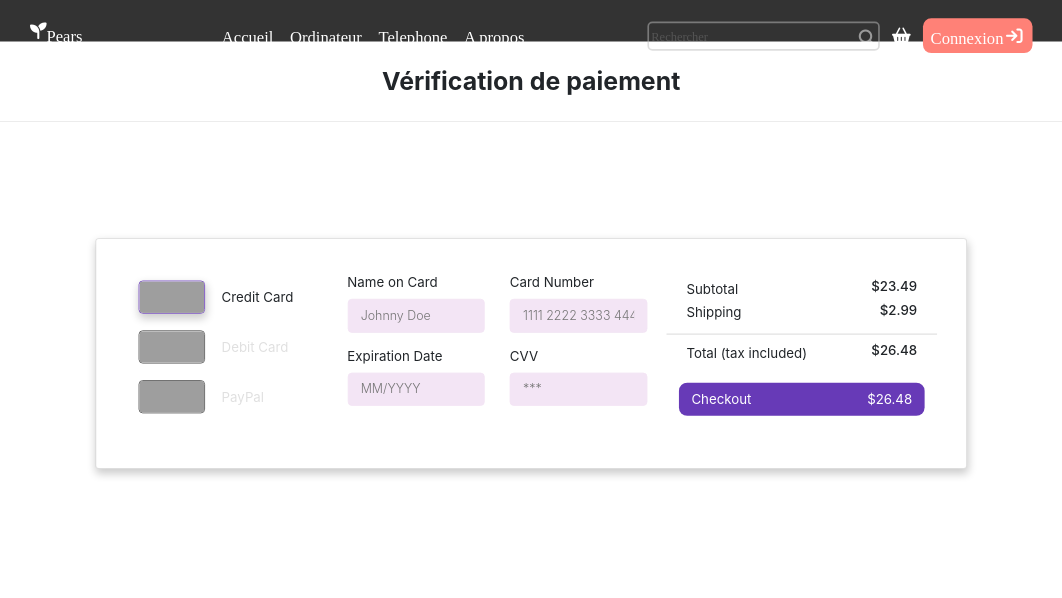
Repository: Kakouuu/PPE1-iPear
Page: http://localhost/Stage/verifpaiement.php
An editor plug-in stored every save of this project. The page is shown before and after a run of saves, followed by the edit.
The browser window is 1280 px wide. The pictures show the whole page, at 83% of full size.
Pictures or frames that could not be fetched are drawn as grey boxes. Some web libraries are served in a nearby version. The page is run by PHP 8.4 with error messages shown; the project is at /var/www/html/.

Above is the page before, as saved 2023-04-28 15:15:23.

### verifpaiement.php
<!DOCTYPE html>
<html lang="en">

<?php
    session_start();
    include "nav.php";
    ?>


<head>
    <meta charset="UTF-8">
    <title>Checkout</title>
    <link rel="stylesheet" href="css/verifpaiement.css">
    <link rel="stylesheet" href="https://stackpath.bootstrapcdn.com/bootstrap/4.3.1/css/bootstrap.min.css">

    <link rel="stylesheet" href="https://cdnjs.cloudflare.com/ajax/libs/font-awesome/5.10.0-11/css/all.min.css">
    <script rel="stylesheet" href="https://cdnjs.cloudflare.com/ajax/libs/jquery/3.2.1/jquery.min.js"></script>
    <script src="js/store.js"></script>
</head>

<body>



    <h3 class="title">Vérification de paiement</h3>
    <hr>

    <div class="row justify-content-center" style="margin:100px">
        <div class="col-lg-12">
            <div class="card">
                <div class="row">
                    <div class="col-lg-3 radio-group">
                        <div class="row d-flex px-3 radio"> <img class="pay" src="https://i.imgur.com/WIAP9Ku.jpg">
                            <p class="my-auto">Credit Card</p>
                        </div>
                        <div class="row d-flex px-3 radio gray"> <img class="pay" src="https://i.imgur.com/OdxcctP.jpg">
                            <p class="my-auto">Debit Card</p>
                        </div>
                        <div class="row d-flex px-3 radio gray mb-3"> <img class="pay" src="https://i.imgur.com/cMk1MtK.jpg">
                            <p class="my-auto">PayPal</p>
                        </div>
                    </div>
                    <div class="col-lg-5">
                        <div class="row px-2">
                            <div class="form-group col-md-6"> <label class="form-control-label">Name on Card</label> <input type="text" id="cname" name="cname" placeholder="Johnny Doe"> </div>
                            <div class="form-group col-md-6"> <label class="form-control-label">Card Number</label> <input type="text" id="cnum" name="cnum" placeholder="1111 2222 3333 4444"> </div>
                        </div>
                        <div class="row px-2">
                            <div class="form-group col-md-6"> <label class="form-control-label">Expiration Date</label> <input type="text" id="exp" name="exp" placeholder="MM/YYYY"> </div>
                            <div class="form-group col-md-6"> <label class="form-control-label">CVV</label> <input type="text" id="cvv" name="cvv" placeholder="***"> </div>
                        </div>
                    </div>
                    <div class="col-lg-4 mt-2">
                        <div class="row d-flex justify-content-between px-4">
                            <p class="mb-1 text-left">Subtotal</p>
                            <h6 class="mb-1 text-right">$23.49</h6>
                        </div>
                        <div class="row d-flex justify-content-between px-4">
                            <p class="mb-1 text-left">Shipping</p>
                            <h6 class="mb-1 text-right">$2.99</h6>
                        </div>
                        <div class="row d-flex justify-content-between px-4" id="tax">
                            <p class="mb-1 text-left">Total (tax included)</p>
                            <h6 class="mb-1 text-right">$26.48</h6>
                        </div> <button class="btn-block btn-blue"> <span> <span id="checkout">Checkout</span> <span id="check-amt">$26.48</span> </span> </button>
                    </div>
                </div>
            </div>
        </div>
    </div>
    </div>

### nav.php
<!DOCTYPE html>
<head>
    <meta charset="UTF-8">
    <meta http-equiv="X-UA-Compatible" content="IE  =edge">
    <link rel="stylesheet" href="css/styles.css">
    <link rel="stylesheet" href="css/footer.css">

    <script src="https://kit.fontawesome.com/db2bf29261.js" crossorigin="anonymous"></script>
    <script src="https://cdnjs.cloudflare.com/ajax/libs/jquery/3.6.0/jquery.min.js"></script>
    <script src="https://ajax.googleapis.com/ajax/libs/jquery/3.6.0/jquery.min.js"></script>
    <script src="js/store.js" ></script>
</head>
<?php

require_once "db.php";

if (isset($_SESSION['ID'])) {

    $sqla = 'SELECT * FROM `utilisateurs` where `ID_user`=' . $_SESSION['ID'];
    $resulta = mysqli_query($mysqli, $sqla);

    while (($row = mysqli_fetch_array($resulta))) {

        $prenom = $row["Prenom"];
    }


?>




<div class="welcome">Bonjour <?= $prenom; ?> !</div>



<?php
}


?>



<nav class="navbar" style="height: 50px !important;">


    <div>
        <a class="logo" href="index.php"><i class="fa-solid fa-seedling"></i> Pears</a>
    </div>


    <ul class="navbar_container">
        <li><a href="index.php" class="type">Accueil</a></li>
        <li class="services"><a href="#" title="" class="type">Ordinateur</a>
            <ul class="sous-menu">
                <li><a href="pagelegume.php?id=Portable" title="" class="type_sous">PC Portable</a></li>
                <li><a href="pagelegume.php?id=PC_Fixe" title="" class="type_sous">PC Fixe</a></li>
            </ul>
        <li class="services"><a href="#" title="" class="type">Telephone</a>
            <ul class="sous-menu">
                <li><a href="pagelegume.php?id=Samsung" title="" class="type_sous">Samsung</a></li>
                <li><a href="pagelegume.php?id=Iphone" title="" class="type_sous">Iphone</a></li>
                <li><a href="pagelegume.php?id=Huawei" title="" class="type_sous">Huawei</a></li>
            </ul>
        <li><a href="index.php" class="type">A propos</a></li>
    </ul>


    <span class="cotedroit">
      <span class="search">
            <input autocomplete="off" type="search" onkeyup="manakey(event)" oninput="salut()" name="Rechercher"
                   class="searchbar_container" placeholder="Rechercher">
            <span style="cursor: pointer;" onclick='sendad()'><i class="fa-solid fa-magnifying-glass"></i></span>
        </span>


<div class="search_prod"></div>







            <a href="test.php" class="item"><i class="fa-solid fa-basket-shopping"></i></a>

            <a href="login.php" class="log" id="co">Connexion <i class="fa-solid fa-arrow-right-to-bracket"></i> </a>


            <li class="user" id="profil"><a href="#" title="" class="type"><i class="fa-solid fa-user" name="deconnecte"></i></a>
            <ul class="user_sous">
                <li><a href="profil.php" title="" class="user_container">Profil</a></li>

                <li><a class="user_container" href="suppression.php">Deconnexion</a></li>



    </span>





    <script>
        function sendad() {
            var mot = document.getElementsByName('Rechercher')[0].value;
            console.log(mot)
            window.location = 'traitement.php?Rechercher=' + mot;
        }

        function manakey(e) {
            if (e.keyCode == 13) {
                sendad();
            }
            var clientHeight = document.querySelector('.search_prod').clientHeight;
            console.log(clientHeight);

            if (clientHeight < 356) {
                document.querySelector(".plus").style.display = "none";
            }
        }

        function salut() {
            let display = document.querySelector('.search_prod').style.display = 'block';
            var mot = document.getElementsByName('Rechercher')[0].value;
            console.log(mot)

            if(mot != "" ){
                $.post("recherche.php", {mot : mot}, function(data){
                    $('.search_prod').html(data);
                });
            }else
                document.querySelector(".search_prod").style.display ="none";
        }


        function remouve(e) {
            if (e.keyCode == 8) {
                let display = document.querySelector('.search_prod').style.display = 'none';
            }
        }




    </script>



    <div class="navbar__toggle" onclick="openOrClose()" id="mobile-menu">
        <div class="tirait">
            <span class="tirait_sous"></span>
            <span class="tirait_sous"></span>
            <span class="tirait_sous"></span>
        </div>
    </div>
</nav>
<ul class="navbar_container2">
    <li class="services2"><a href="#" title="" class="type2">Ordinateur</a>
        <ul class="sous-menu2">
            <li><a href="pagelegume.php?id=Portable" title="" class="type_sous2">PC Portable</a></li>
            <li><a href="pagelegume.php?id=Portable" title="" class="type_sous2">PC Fixe</a></li>
        </ul>
    <li class="services2"><a href="#" title="" class="type2">Telephone</a>
        <ul class="sous-menu2">
            <li><a href="pagelegume.php?id=Légume Fleurs" title="" class="type_sous2">Samsung</a></li>
            <li><a href="pagelegume.php?id=Légume Fleurs" title="" class="type_sous2">Iphone</a></li>
            <li><a href="pagelegume.php?id=Légume Fleurs" title="" class="type_sous2">Huawei</a></li>
        </ul>
</ul>

<?php
if(isset($_SESSION['ID'])){
    ?>
    <script>
    document.getElementById('co').style.display = 'none';
    document.getElementById('profil').style.display = 'block';
    </script>

<?php
}





?>


<form method="post" action="suppression.php" id="form">
       <input type="hidden" id="cache" name="cache"/>
    </form>
<script src="app.js"></script>

### db.php
<?php
$mysqli = mysqli_connect('localhost', 'root', '', 'pcbdd');
mysqli_query($mysqli, "SET NAMES utf8");
?>

### css/footer.css
/* Footer section */

.push{
    height: 800px;
}

.pdp {
    display: inline-block;
    bottom: 0;
    width: 100%;
    background-color: #333333;
}


.pdp_info {
    background-color: #333333;
    display: flex;
    height: 390px;
    justify-content: center;
}

.fa-facebook, .fa-twitter, .fa-linkedin, .fa-instagram {
    color: white;
    opacity: 0.6;
    padding-left: 10px;
    padding-right: 10px;
    margin-top: 3px;
    justify-content: center;
    font-size: 1.1rem;
}

.fa-facebook {
    padding-left: 45%;
}
.fa-envelope{
    padding: 7px;
    text-align: center;
    color: black;

}

a:link {
    text-decoration: none;
}

.item2 {
    display: block;
    margin: 5px;
    text-decoration: none;
    list-style: none;
    color: white;
    padding: 5px;

}

.item1 {
    display: block;
    margin: 5px;
    text-decoration: none;
    list-style: none;
    color: white;
    padding: 5px;

}


.mention {
    background-color: #272727;
    color: white;
    opacity: 0.5;
}

@media screen and (max-width: 909px){
    .item2{
        display: block;
        font-size: 1.1rem;
        text-align: center;
    }
}


.input-icons i {
    position: absolute;
}

.input-field {
    height: 30px;
    width: 200px;
    padding-left:30px;
    text-align: center;
}

.validate{
    height: 30px;
    color: white;
    background-color: #333333;
    cursor: pointer;
}

.validate:hover{
    background-color: #50C878;
}

.infosite{
    color: white;

}

### css/verifpaiement.css
.title{
    text-align: center;
    font-size: 30px;
    font-weight: bold;
    margin : 30px;
}


.plus-minus {
    position: relative;
}

.plus {
    position: absolute;
    top: -4px;
    left: 2px;
    cursor: pointer;
}

.minus {
    position: absolute;
    top: 8px;
    left: 5px;
    cursor: pointer;
}

.vsm-text:hover {
    color: #FF5252;
}

.card {
    margin: 40px 0px;
    padding: 40px 50px;
    border-radius: 20px;
    border: none;
    box-shadow: 1px 5px 10px 1px rgba(0,0,0,0.2);
}

input, textarea {
    background-color: #F3E5F5;
    padding: 8px 15px 8px 15px;
    width: 100%;
    border-radius: 5px !important;
    box-sizing: border-box;
    border: 1px solid #F3E5F5;
    font-size: 15px !important;
    color: #000 !important;
    font-weight: 300;
}

input:focus, textarea:focus {
    -moz-box-shadow: none !important;
    -webkit-box-shadow: none !important;
    box-shadow: none !important;
    border: 1px solid #9FA8DA;
    outline-width: 0;
    font-weight: 400;
}

button:focus {
    -moz-box-shadow: none !important;
    -webkit-box-shadow: none !important;
    box-shadow: none !important;
    outline-width: 0;
}

.pay {
    width: 80px;
    height: 40px;
    border-radius: 5px;
    border: 1px solid #673AB7;
    margin: 10px 20px 10px 0px;
    cursor: pointer;
    box-shadow: 1px 5px 10px 1px rgba(0,0,0,0.2);
}

.gray {
    -webkit-filter: grayscale(100%);
    -moz-filter: grayscale(100%);
    -o-filter: grayscale(100%);
    -ms-filter: grayscale(100%);
    filter: grayscale(100%);
    color: #E0E0E0;
}

.gray .pay {
    box-shadow: none;
}

#tax {
    border-top: 1px lightgray solid;
    margin-top: 10px;
    padding-top: 10px;
}

.btn-blue {
    border: none;
    border-radius: 10px;
    background-color: #673AB7;
    color: #fff;
    padding: 8px 15px;
    margin: 20px 0px;
    cursor: pointer;
}

.btn-blue:hover {
    background-color: #311B92;
    color: #fff;
}

#checkout {
    float: left;
}

#check-amt {
    float: right;
}

@media screen and (max-width: 768px) {
    .book, .book-img {
        width: 100px;
        height: 150px;
    }

    .card {
        padding-left: 15px;
        padding-right: 15px;
    }

    .mob-text {
        font-size: 13px;
    }

    .pad-left {
        padding-left: 20px;
    }
}

Loaded but not shown: js/store.js (27 lines, source omitted); app.js (4 lines, source omitted); css/styles.css (824 lines, source omitted)

After the next 2 saves:
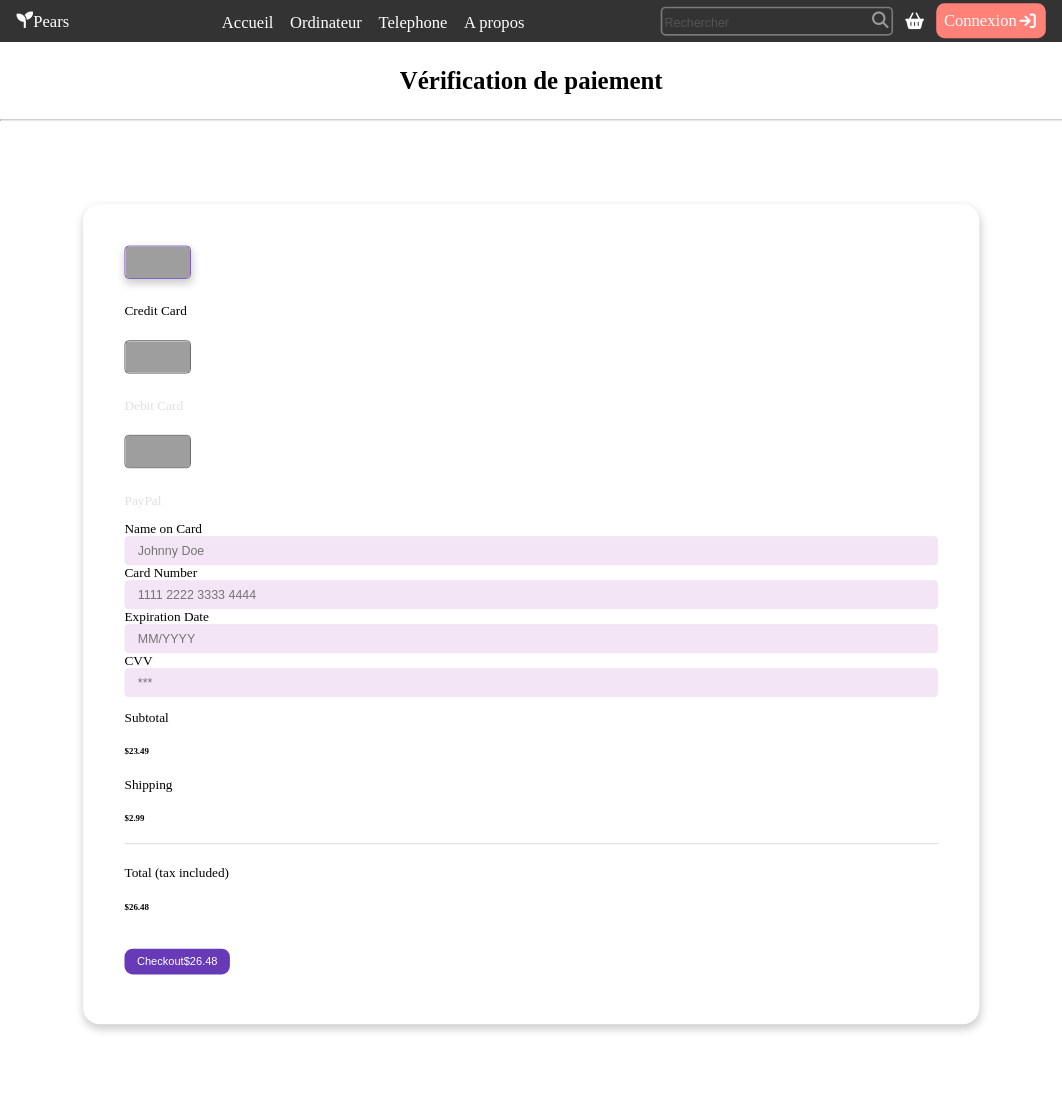
The 2 saves are shown as one change because they came seconds apart.
The last was saved 7 s later.
--- a/verifpaiement.php
+++ b/verifpaiement.php
@@ -11,8 +11,8 @@
     <meta charset="UTF-8">
     <title>Checkout</title>
     <link rel="stylesheet" href="css/verifpaiement.css">
-    <link rel="stylesheet" href="https://stackpath.bootstrapcdn.com/bootstrap/4.3.1/css/bootstrap.min.css">
 
+    <link rel="stylesheet" href="https://stackpath.bootstrapcdn.com/bootstrap/4.3.1/js/bootstrap.bundle.min.js">
     <link rel="stylesheet" href="https://cdnjs.cloudflare.com/ajax/libs/font-awesome/5.10.0-11/css/all.min.css">
     <script rel="stylesheet" href="https://cdnjs.cloudflare.com/ajax/libs/jquery/3.2.1/jquery.min.js"></script>
     <script src="js/store.js"></script>

After the save that followed:
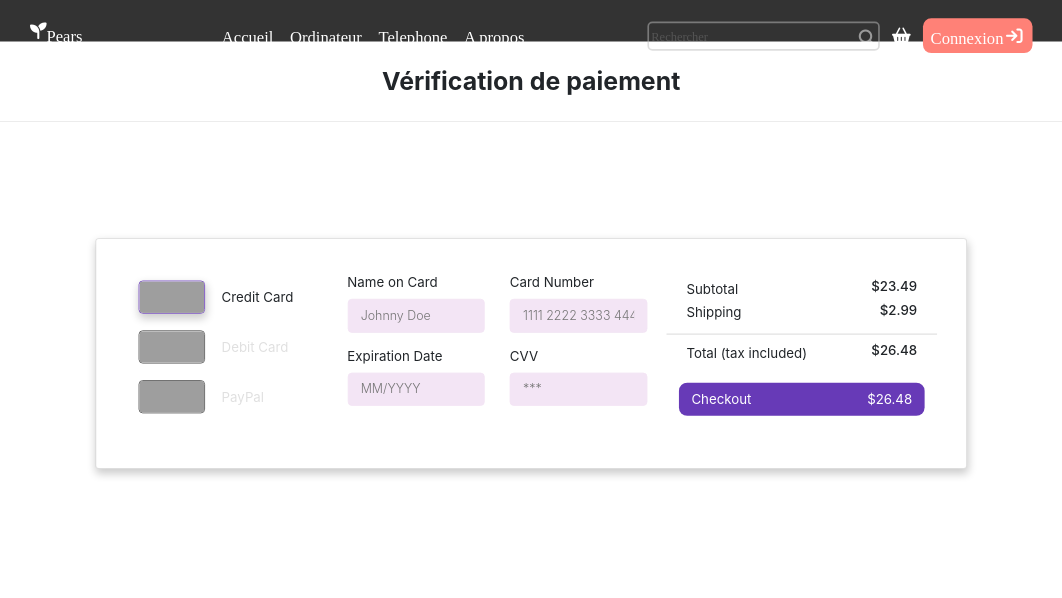
Saved 11 s later.
--- a/verifpaiement.php
+++ b/verifpaiement.php
@@ -11,7 +11,7 @@
     <meta charset="UTF-8">
     <title>Checkout</title>
     <link rel="stylesheet" href="css/verifpaiement.css">
-
+    <link rel="stylesheet" href="https://stackpath.bootstrapcdn.com/bootstrap/4.3.1/css/bootstrap.min.css">
     <link rel="stylesheet" href="https://stackpath.bootstrapcdn.com/bootstrap/4.3.1/js/bootstrap.bundle.min.js">
     <link rel="stylesheet" href="https://cdnjs.cloudflare.com/ajax/libs/font-awesome/5.10.0-11/css/all.min.css">
     <script rel="stylesheet" href="https://cdnjs.cloudflare.com/ajax/libs/jquery/3.2.1/jquery.min.js"></script>
